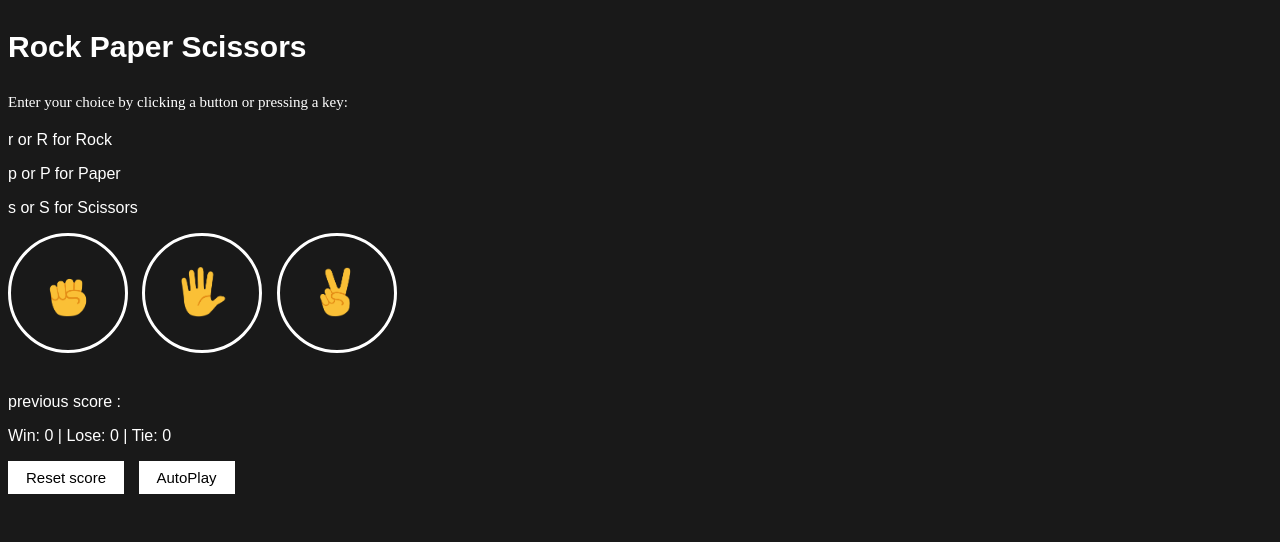
Repository: Gaurav124937/javascript
Page: html/08-rock-paper-scissors-evetlistner.html
An editor plug-in stored every save of this project. The page is shown before and after the next save, followed by the edit.
The browser window is 1280 px wide. The pictures show the whole page.

Above is the page before, as saved 2026-04-06 21:37:53.

### html/08-rock-paper-scissors-evetlistner.html
<!DOCTYPE html>
<html lang="en">

<head>
    <meta charset="UTF-8">
    <meta name="viewport" content="width=device-width, initial-scale=1.0">
    <title>Document</title>
    <link rel="stylesheet" href="../css/rock-paper-scisssor-autoplay.css">
</head>



<body>
    <p class="title">Rock Paper Scissors</p>
    <p class="instructions">Enter your choice by clicking a button or pressing a key:</p>
    <p>r or R for Rock</p>
    <p>p or P for Paper</p>
    <p>s or S for Scissors</p>
    <button  class="game-button rock-button">
        <img src="../images/rock-emoji.png" class="button-emoji"></button>
    <button  class="game-button paper-button">
        <img src="../images/paper-emoji.png" class="button-emoji"></button>
    <button  class="game-button scissors-button">
        <img src="../images/scissors-emoji.png" class="button-emoji"></button>
    <p class="displayresult"></p>
    <p class="choices"></p>
    <p class="js-previous-score previous"> previous score :</p>
    <p class="score-display"></p>
    <button onclick="resetScore() " class="reset-score">Reset score</button>
    <button onclick="autoPlay()" class="auto-play-button">AutoPlay</button>
    <script src="../js/rock-paper-scisssor-autoplay-eventlistner.js"></script>
</body>


</html>

### css/rock-paper-scisssor-autoplay.css
body {
    font-family: Arial, sans-serif;
    color: white;
    background-color: rgb(25, 25, 25);
}

.title {
    font-size: 30px;
    font-weight: bold;
    margin-bottom: 30px;
}

.game-button {
    width: 120px;
    height: 120px;
    border-radius: 90px;
    background-color: rgb(25, 25, 25);
    border: 3px solid white;
    margin-right: 10px;
    cursor: pointer;
}

.button-emoji {
    width: 50px;
}

.result-display {
    font-size: 25px;
    font-weight: bold;
    margin-top: 50px;
}

.choice-display {
    font-size: 15px;
    margin-top: 20px;
    vertical-align: top;
}

.previous {
    margin-top: 40px;
}

.reset-score {
    padding: 8px 18px;
    font-size: 15px;
    background-color: white;
    color: black;
    border: none;
    cursor: pointer;
}

.auto-play-button {
    padding: 8px 18px;
    font-size: 15px;
    background-color: white;
    color: black;
    border: none;
    cursor: pointer;
    margin-left: 10px;
}

.instructions {
    font-size: 15px;
    margin-bottom: 20px;
    font-family: 'Times New Roman', Times, serif;
}

### js/rock-paper-scisssor-autoplay-eventlistner.js
const score = localStorage.getItem('score') ? JSON.parse(localStorage.getItem('score')) : { win: 0, lose: 0, tie: 0 };

updateScoreElement();

//function to play the game

function ComputerChoice() {
    let randomNumber = Math.random();
    let ComputerChoice = '';
    if (randomNumber > 0 && randomNumber < 1 / 3) {
        ComputerChoice = 'rock';
    } else if (randomNumber > 1 / 3 && randomNumber < 2 / 3) {
        ComputerChoice = 'paper';
    } else {
        ComputerChoice = 'scissors';
    }
    return ComputerChoice;
}


    //main game function
        document.querySelector('.rock-button').addEventListener('click', () => playGame('rock'));
        document.querySelector('.paper-button').addEventListener('click', () => playGame('paper'));
        document.querySelector('.scissors-button').addEventListener('click', () => playGame('scissors'));


        document.body.addEventListener('keydown', (event) => {
            if (event.key === 'r' || event.key === 'R') {
                playGame('rock');
            } else if (event.key === 'p' || event.key === 'P') {
                playGame('paper');
            } else if (event.key === 's' || event.key === 'S') {
                playGame('scissors');
            }
        });



function playGame(playerChoice) {
    document.querySelector('.js-previous-score').innerHTML = '';


    let returnedComputerChoice = ComputerChoice();

    //function to compare choices and determine result
    function copmarison() {
        let result = '';
        if (playerChoice === returnedComputerChoice) {
            score.tie++;
            result = 'Tie';
        } else if (
            (playerChoice === 'rock' && returnedComputerChoice === 'scissors') ||
            (playerChoice === 'paper' && returnedComputerChoice === 'rock') ||
            (playerChoice === 'scissors' && returnedComputerChoice === 'paper')
        ) {
            score.win++;
            result = "You win.";
        } else {
            score.lose++;
            result = "You lose.";
        }
        //store score in local storage
        localStorage.setItem('score', JSON.stringify(score));
        return result;
    }




    //display results on the webpage
    const resultElement = document.querySelector('.displayresult');
    resultElement.innerText = copmarison();
    resultElement.classList.add('result-display');


    //display choices
    const choiceElement = document.querySelector('.choices');

    choiceElement.innerHTML = `You chose: <img src="../images/${playerChoice}-emoji.png" class="button-emoji"> | Computer chose: <img src="../images/${returnedComputerChoice}-emoji.png" class="button-emoji">`;
    choiceElement.classList.add('choice-display');

    //display score
    updateScoreElement();



}
//function to reset score
function resetScore() {
    score.win = 0;
    score.lose = 0;
    score.tie = 0;
    localStorage.removeItem('score');
    alert(`Scores have been reset.`);
    updateScoreElement();
    document.querySelector('.choices').innerText = '';
    document.querySelector('.displayresult').innerText = '';

}

function updateScoreElement() {
    document.querySelector('.score-display').innerText = `Win: ${score.win} | Lose: ${score.lose} | Tie: ${score.tie}`;
}


let isAutoPlaying = false;
let autoPlayInterval;
function autoPlay() {
    if(!isAutoPlaying){
        autoPlayInterval = setInterval(function(){
        let playerMove=ComputerChoice();
        playGame(playerMove);
    }, 1000);
    isAutoPlaying=true;
    }
    else{
        clearInterval(autoPlayInterval);
        isAutoPlaying=false;
    }
}

After the next save:
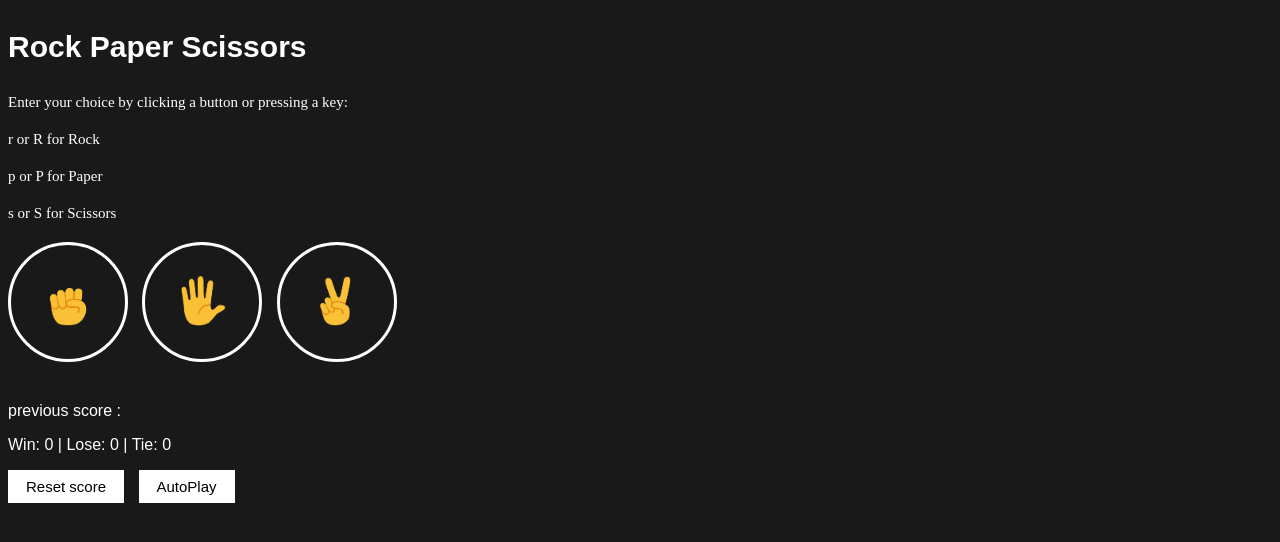
Saved 5 s later.
--- a/html/08-rock-paper-scissors-evetlistner.html
+++ b/html/08-rock-paper-scissors-evetlistner.html
@@ -13,9 +13,9 @@
 <body>
     <p class="title">Rock Paper Scissors</p>
     <p class="instructions">Enter your choice by clicking a button or pressing a key:</p>
-    <p>r or R for Rock</p>
-    <p>p or P for Paper</p>
-    <p>s or S for Scissors</p>
+    <p class="instructions">r or R for Rock</p>
+    <p class="instructions">p or P for Paper</p>
+    <p class="instructions">s or S for Scissors</p>
     <button  class="game-button rock-button">
         <img src="../images/rock-emoji.png" class="button-emoji"></button>
     <button  class="game-button paper-button">
